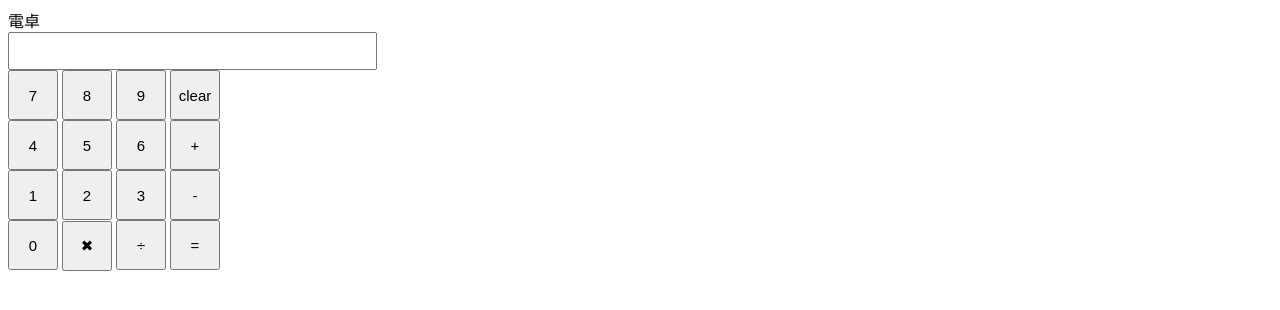
Repository: U-dias/work3
Page: 実践課題(電卓)/index.html
The author's editor kept a record of every edit. The page is drawn from the files as they stood at one moment, then again after the next edit.
The browser window is 1280 px wide. The pictures show the whole page.

Above is the page before.

After the next edit:
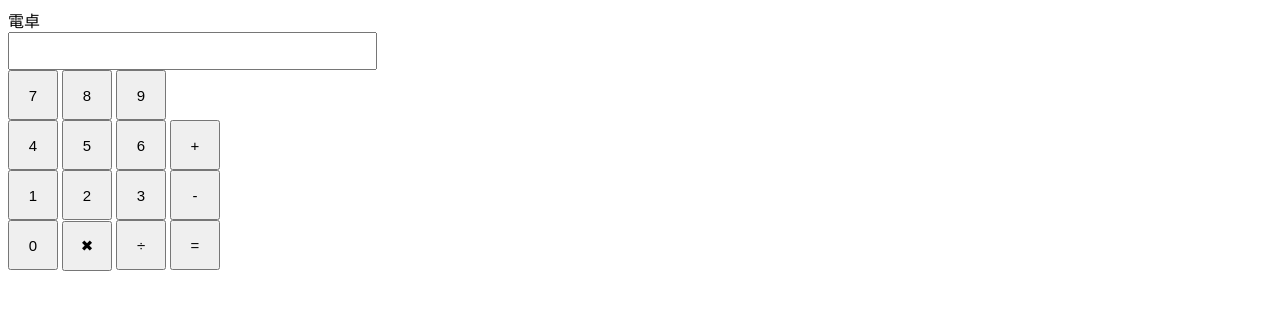
The edit:
--- a/実践課題(電卓)/index.html
+++ b/実践課題(電卓)/index.html
@@ -25,7 +25,7 @@
  <button onclick="append('7')">7</button>
  <button onclick="append('8')">8</button>
  <button onclick="append('9')">9</button>
- <button onclick="update(' ')">clear</button><br />
+<br />
 
  <button onclick="append('4')">4</button>
  <button onclick="append('5')">5</button>
